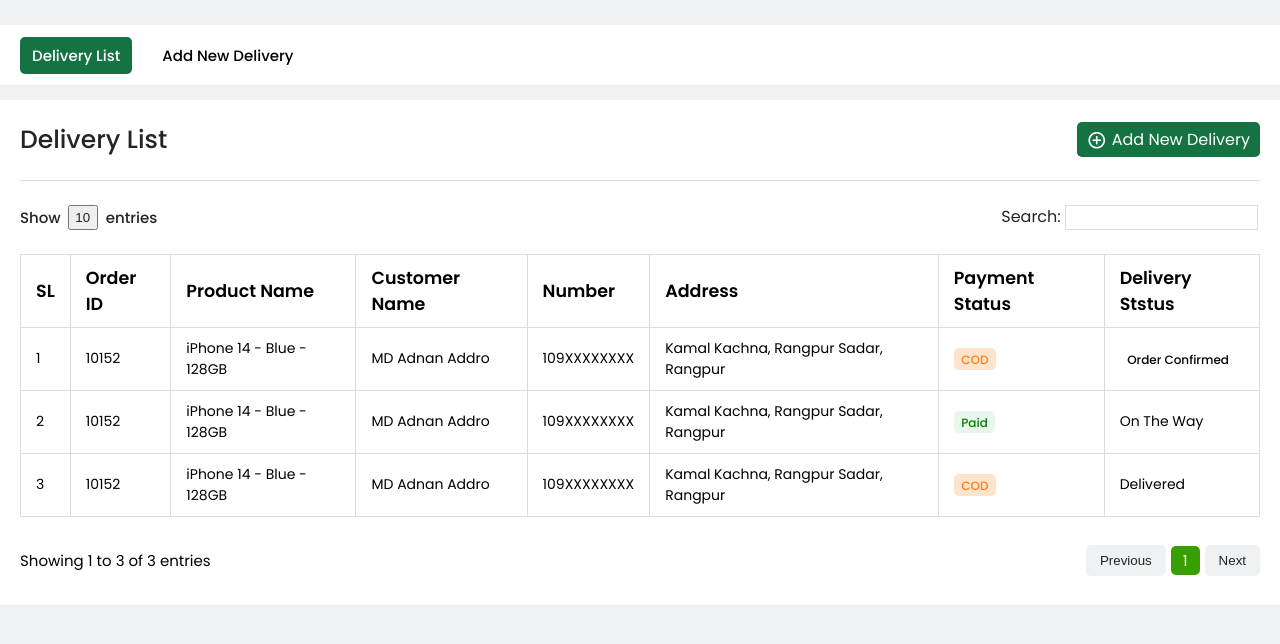
Repository: codebyaddro/delivery-page
Page: delivery.html
The author's editor kept a copy of each file at every save. The page is drawn from the files as they stood at one save, then again after the next save.
The browser window is 1280 px wide. The pictures show the whole page.

Above is the page before, as saved 2025-02-27 14:09:12.

After the next save:
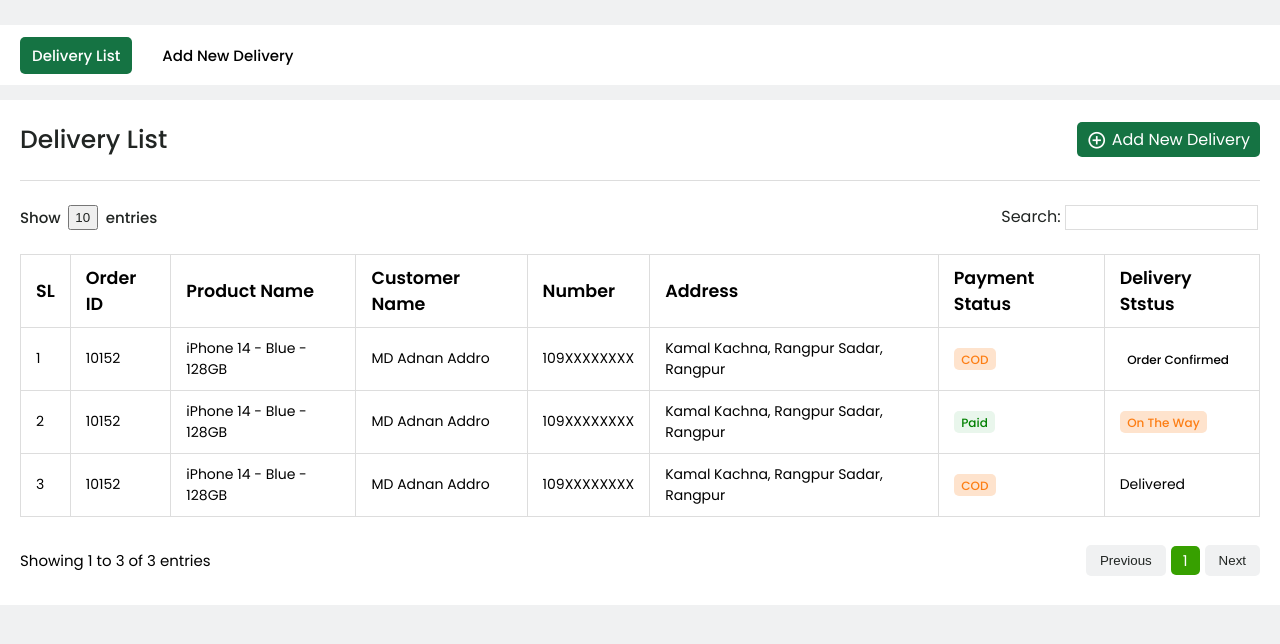
Saved 6 s later.
--- a/delivery.css
+++ b/delivery.css
@@ -250,7 +250,7 @@ tbody tr:hover {
     border-radius: 5px;
 }
 
-.ds- {
+.ds-otw {
     color: var(--orange);
     background-color: var(--lt-orange);
     font-size: 12px;
